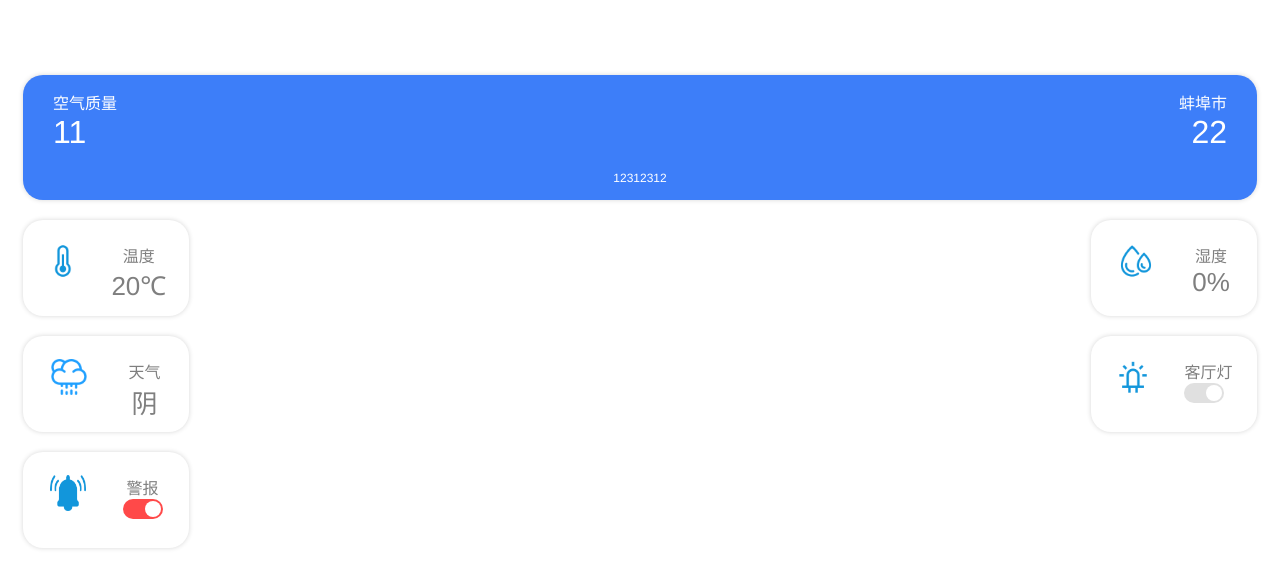
Repository: MashiroQi/MCU
Page: / (app in STM32/smart_house/WebCode/)
An editor plug-in stored every save of this project. The page is shown before and after the next save, followed by the edit.
The browser window is 1280 px wide. The pictures show the whole page.
The project was rebuilt for these pictures with package versions that can differ from the ones it lists, and the page was loaded fresh each time. Also part of the build but not shown: STM32/smart_house/WebCode/vue.config.js.

Above is the page before, as saved 2023-01-03 10:18:38.

### STM32/smart_house/WebCode/index.html
<!DOCTYPE html>
<html>
  <head>
    <meta charset="utf-8">
    <meta name="viewport" content="width=device-width,initial-scale=1.0">
    <title>proj</title>
  </head>
  <body>
    <div id="app"></div>
    <!-- built files will be auto injected -->
  </body>
</html>

### STM32/smart_house/WebCode/src/main.js
// The Vue build version to load with the `import` command
// (runtime-only or standalone) has been set in webpack.base.conf with an alias.
import Vue from 'vue'
import App from './App'
import router from './router'
import switchcomponent from './components/switch.vue'

Vue.config.productionTip = false

Vue.component(switchcomponent.name,switchcomponent);
/* eslint-disable no-new */
new Vue({
  el: '#app',
  router,
  components: { App },
  template: '<App/>'
})

### STM32/smart_house/WebCode/src/App.vue
<template>
  <div id="app">
    <router-view />
  </div>
</template>

<script>
export default {
  name: "App",
};
</script>

<style>
#app {
  font-family: "Avenir", Helvetica, Arial, sans-serif;
  -webkit-font-smoothing: antialiased;
  -moz-osx-font-smoothing: grayscale;
  text-align: center;
  color: #2c3e50;
  margin-top: 60px;
}
</style>

### STM32/smart_house/WebCode/src/router/index.js
import Vue from 'vue'
import Router from 'vue-router'
import Client from '@/components/Client'
Vue.use(Router)

export default new Router({
  routes: [
    {
      path: '/',
      name: 'Client',
      component: Client
    }
  ]
})

### STM32/smart_house/WebCode/src/components/switch.vue
<template>
  <div
    :class="['switchcomponent', disabled ? 'is-disabled' : '']"
    :style="{
      backgroundColor: isOk ? activeColor : inactiveColor,
      transform: `scale(${ratio})`,
    }"
    @click="switchVal"
  >
    <div
      class="switchcomponent-radio"
      :style="{ left: isOk ? '1px' : '22px' }"
    ></div>
  </div>
</template>

<script>
export default {
  name: "switchcomponent",
  props: {
    ratio: {
      type: Number,
      default: 1,
    },
    activeColor: {
      type: String,
      default: "#13ce66",
    },
    inactiveColor: {
      type: String,
      default: "#ff4949",
    },
    disabled: {
      type: Boolean,
      default: false,
    },
    default: {
      type: Array,
      default: [],
    },
    value: {
      type: String | Number | Boolean,
      require: true,
    },
  },
  data() {
    return {
      isOk: null,
      rules: [],
    };
  },
  watch: {
    value: {
      handler(val) {
        // 以下方式只需要在初始化执行即可
        if (this.default.length === 2 && this.default[0] !== this.default[1]) {
          this.rules = JSON.parse(JSON.stringify(this.default));
          let index = this.rules.findIndex((item) => item === val);
          switch (index) {
            case -1:
              this.rules = [true, false];
              break;
            case 0:
              this.isOk = true;
              break;
            case 1:
              this.isOk = false;
              break;
          }
        } else {
          this.rules = [true, false];
          this.value ? (this.isOk = true) : (this.isOk = false);
        }
      },
      immediate: true,
      deep: true,
    },
  },
  methods: {
    switchVal() {
      if (this.disabled) {
        return;
      }
      this.isOk = !this.isOk;
      this.$emit("input", this.isOk ? this.rules[0] : this.rules[1]);
      this.$emit("change", this.isOk ? this.rules[0] : this.rules[1]);
    },
  },
};
</script>

<style lang="scss" scoped>
.switchcomponent {
  cursor: pointer;
  width: 40px;
  height: 20px;
  border-radius: 10px;
  position: relative;

  .switchcomponent-radio {
    position: absolute;
    top: 50%;
    left: 1px;
    transform: translate(0, -50%);
    width: 16px;
    height: 16px;
    background-color: #fff;
    border-radius: 50%;
    transition: left 0.3s;
  }
}
.is-disabled {
  opacity: 0.6;
  cursor: not-allowed;
}
</style>

### STM32/smart_house/WebCode/src/components/Client.vue
<template>
  <div class="wrapper">
    <div class="header-wrapper">
      <div class="header-title">
        <span>空气质量</span>
        <span>蚌埠市</span>
      </div>
      <div class="header-text">
        <span>11</span>
        <span>22</span>
      </div>
      <div class="weather-advice">12312312</div>
    </div>
    <div class="data-wrapper">
      <div class="data">
        <img class="data-logo" src="/static/images/temperature.png" />
        <div class="data-text">
          温度
          <div class="data-value">20℃</div>
        </div>
      </div>
      <div class="data">
        <img class="data-logo" src="/static/images/humirity.png" />
        <div class="data-text">
          湿度
          <div class="data-value">0%</div>
        </div>
      </div>
    </div>
    <div class="data-wrapper">
      <div class="data">
        <img class="data-logo" src="/static/images/weather.png" />
        <div class="data-text">
          天气
          <div class="data-value">阴</div>
        </div>
      </div>
      <div class="data">
        <img class="data-logo" src="/static/images/LED.png" />
        <div class="data-text">
          客厅灯
          <div class="data-value">
            <switchcomponent activeColor="#3d7ef9" inactiveColor="#e0e0e0" />
          </div>
        </div>
      </div>
    </div>
    <div class="data-wrapper">
      <div class="data">
        <img class="data-logo" src="/static/images/alarm.png" />
        <div class="data-text">
          警报
          <div class="data-value">
            <switchcomponent />
          </div>
        </div>
      </div>
    </div>
  </div>
</template>

<script>
export default {
  name: "Client",
  data() {
    return {
      msg: "aaaa",
    };
  },
};
</script>

<style lang="scss" scoped>
.wrapper {
  padding: 15px;
  .header-wrapper {
    background-color: #3d7ef9;
    border-radius: 20px;
    color: #fff;
    box-shadow: #d6d6d6 0px 0px 5px;
    padding: 15px 30px;
    .header-title {
      display: flex;
      justify-content: space-between;
    }
    .header-text {
      font-size: 32px;
      font-weight: 400;
      display: flex;
      justify-content: space-between;
    }
    .weather-advice {
      margin-top: 20px;
      font-size: 12px;
    }
  }
  .data-wrapper {
    margin-top: 20px;
    display: flex;
    justify-content: space-between;
    .data {
      background-color: #fff;
      width: 150px;
      height: 80px;
      border-radius: 20px;
      display: flex;
      justify-content: space-around;
      padding: 8px;
      box-shadow: #d6d6d6 0px 0px 5px;
      .data-logo {
        height: 36px;
        width: 36px;
        margin-top: 15px;
      }
      .data-text {
        margin-top: 15px;
        color: #7f7f7f;
        .data-value {
          font-size: 26px;
        }
      }
    }
  }
}
</style>

After the next save:
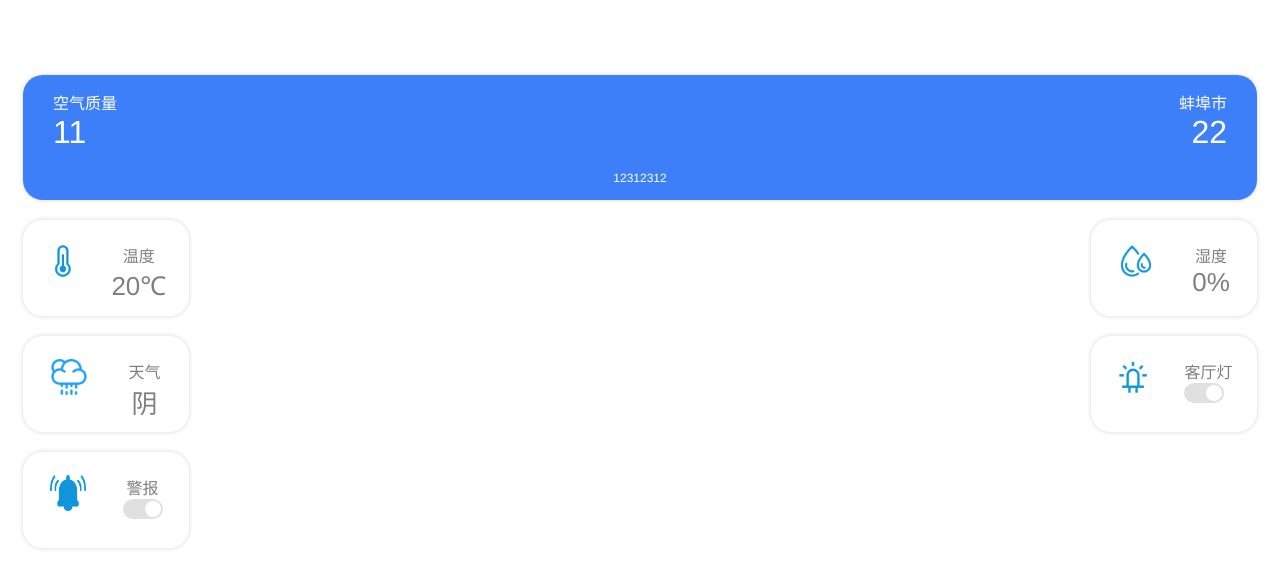
Saved 9 s later.
--- a/STM32/smart_house/WebCode/src/components/Client.vue
+++ b/STM32/smart_house/WebCode/src/components/Client.vue
@@ -51,7 +51,7 @@
         <div class="data-text">
           警报
           <div class="data-value">
-            <switchcomponent />
+            <switchcomponent activeColor="#3d7ef9" inactiveColor="#e0e0e0" />
           </div>
         </div>
       </div>
